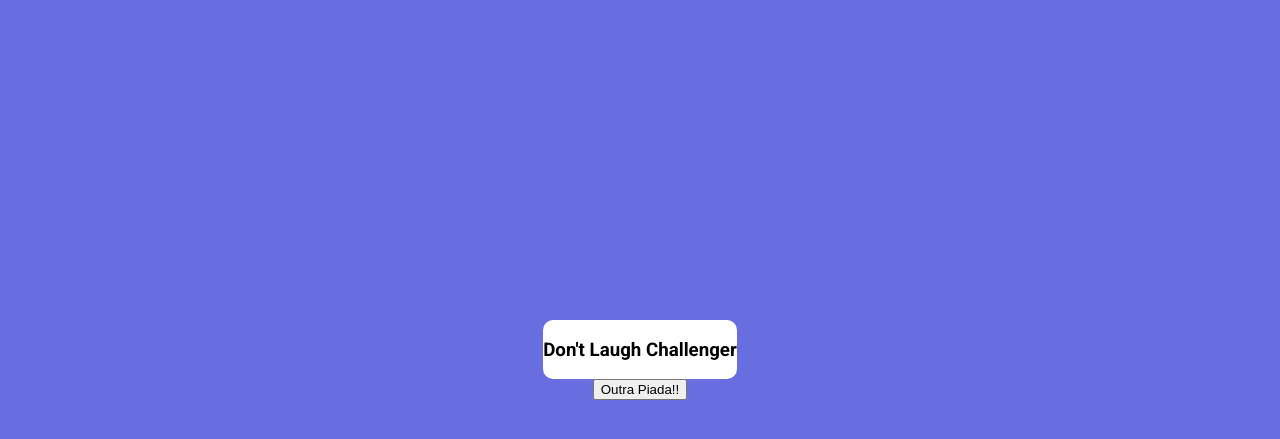
Repository: Williamlmachado/Dad-Jokes
Page: index.html
The author's editor kept a copy of each file at every save. The page is drawn from the files as they stood at one save, then again after the next save.
The browser window is 1280 px wide. The pictures show the whole page.

Above is the page before, as saved 2021-08-21 12:53:39.

After the next save:
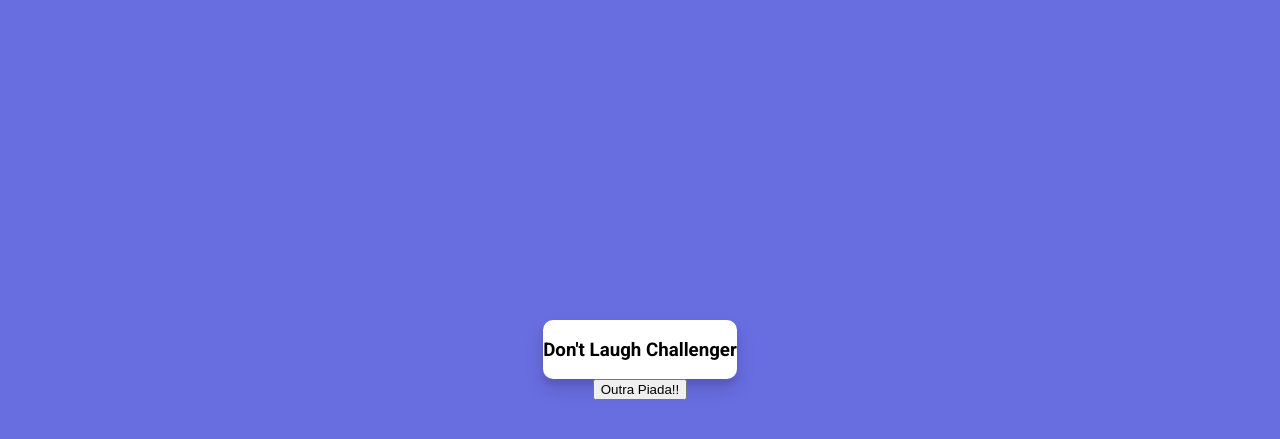
Saved 61 s later.
--- a/style.css
+++ b/style.css
@@ -19,6 +19,6 @@ body {
 .container{
     background-color: white;
     border-radius: 10px;
-
+    box-shadow: 0 10px 20px rgba(0, 0, 0, 0.1), 0 6px 6px rgba(0, 0, 0, 0.1);
 
 }
